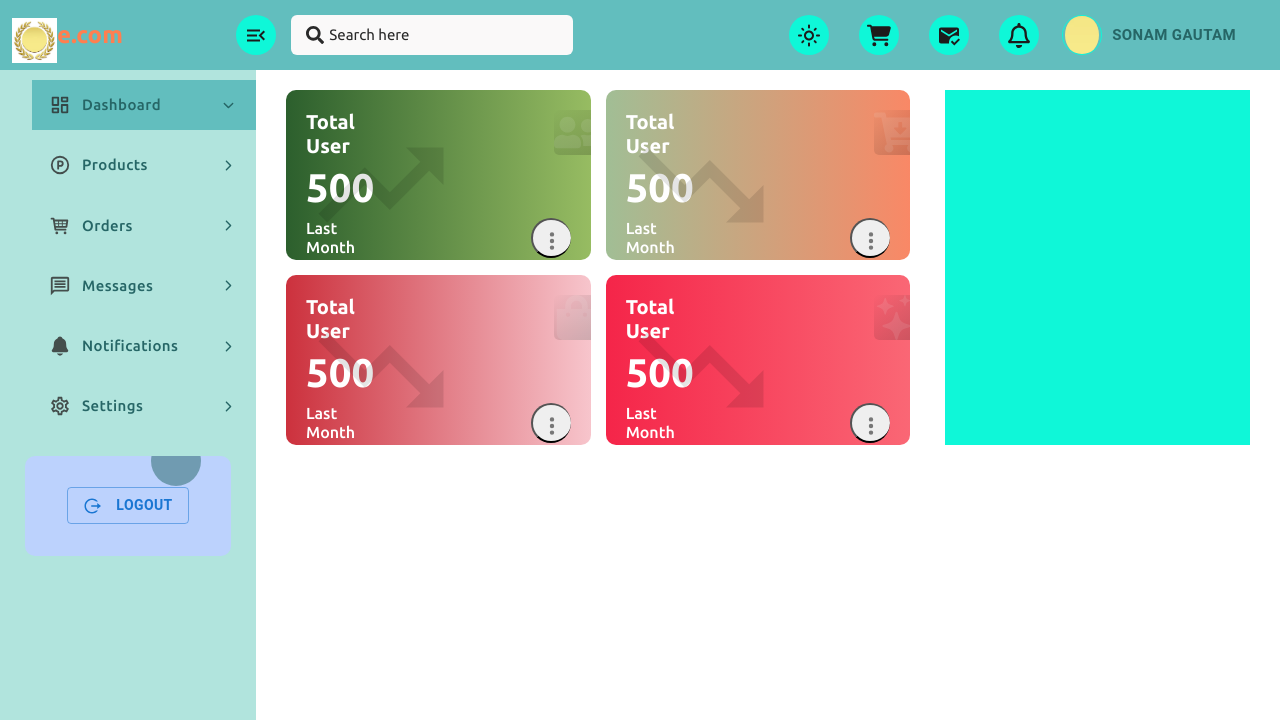
Repository: gautamsonam011/admin-react-dashboard
Page: /
These files come from the project's save history. The page is drawn as it stood at one moment and after the next save; the edit follows.
The browser window is 1280 px wide. The pictures show the whole page.
The project was rebuilt for these pictures with package versions that can differ from the ones it lists, and the page was loaded fresh each time.

Above is the page before, as saved 2025-04-17 12:31:01.

### src/App.css
@import url('https://fonts.googleapis.com/css2?family=Ubuntu:ital,wght@0,300;0,400;0,500;0,700;1,300;1,400;1,500;1,700&display=swap');

body{
  font-family: "Ubuntu", sans-serif !important;
  background-color: #f4f8f7;

}

header{
  width:100%;
  height: 70px;
  background-color:#62bebe;
  position: fixed;
  top:0px;
  left:0px;
  z-index: 1000;
}
header .logo{
  text-decoration: none;
}
header .logo img{
  margin-top: 10px;
  width:45px;

}

header .logo span{
color: coral;
font-weight: bolder;
font-size: 24px;
}
header button.rounded-circle{min-width:40px !important; width:40px !important; height: 40px !important; background-color:#0ff7d8 !important; margin: 15px;}
header button.rounded-circle svg{color:rgb(29, 27, 27); font-size: 25px !important; transition: all 0.2s ease-in-out;}
header button.rounded-circle:hover svg{color: #2585d4 !important;}
.searchBox{width:400px; height: 40px; background-color:#faf9f9; border-radius: 6px;padding: 3px 15px;}
.searchBox input{background: transparent;border:0px; outline:none; padding-left: 5px; font-size: 15px; color:#292929}
.searchBox input::-webkit-input-placeholder{color:#292929}
.searchBox svg{font-size: 18px; color:#292929 ;}

.userImg{display: flex; align-items:center; justify-content: center; overflow: hidden; width:40px; height: 40px; border:1px solid #0ff7d8; padding: 2px; border-radius: 100%;}
.userImg .rounded-circle{display: flex; align-items:center; justify-content: center; overflow: hidden; width: 40px; height: 40px; cursor: pointer; position: relative;}
.userImg .rounded-circle .img{object-fit: cover; width: 100%;}
.userInfo{padding-left: 10px;}
.userInfo h5{font-size: 15px; font-weight: 600; margin-bottom:0px; color: #266666;}

#account-menu li{font-size: 14px !important;}
#account-menu li svg{font-size: 20px !important}

.dropdown-info{padding-left: 6px;}
.dropdown-info h4{font-size: 15px; font-weight:600;margin-top: 2px; white-space: break-space; line-height: 21px;}
.dropdown-info p{font-size: 10px; color: #2585d4;}


/* Style for sidebar  */

.main .sidebarWrapper{width: 20%; flex: 0 0 20%; transition: all 0.3s ease-in-out;}
.main .sidebarWrapper .sidebar{width:20%; height: 100vh; position:fixed; top: 70px; left:0px; background:#b1e4dd; overflow-y: scroll; overflow-x: hidden;}
.main .sidebarWrapper .sidebar::-webkit-scrollbar-thumb{background: transparent !important; width:3px;}
.main .sidebarWrapper:hover .sidebar::-webkit-scrollbar{ background:#2585d4; width:3px;}
.main .sidebarWrapper .sidebar ul{margin-bottom:0px;}
.main .sidebarWrapper .sidebar ul li{list-style: none; margin-top:10px;}
.main .sidebarWrapper .sidebar ul li button{color:#266666; text-align: left; justify-content: left; border-radius:0px !important; padding: 12px 15px !important;
  align-items: center; text-transform: capitalize !important;font-family: "Ubuntu", sans-serif !important;
  margin-left: 0px; font-size: 15px !important;
}
.main .sidebarWrapper .sidebar ul li button .icon{display: flex; align-items:center; justify-content: center; width:25px; height:25px; margin-right: 10px;}
.main .sidebarWrapper .sidebar ul li button .icon svg{color:#292929; opacity: 0.8; font-size: 22px;}
.main .sidebarWrapper .sidebar ul li button .arrow{margin-left: auto; display: flex; align-items: center; justify-content: center; width: 25px; transition: all 0.3s ease-in-out}
.main .sidebarWrapper .sidebar ul li button:hover{background:#62bebe !important;}
.main .sidebarWrapper .sidebar ul li button.active{background: #62bebe !important;}
.main .sidebarWrapper .sidebar ul li button.active .arrow{transform: rotate(90deg);}

.main .sidebarWrapper .sidebar ul .submenu{padding: 0px 45px; position:relative; height:auto;}
.main .sidebarWrapper .sidebar ul .submenu::before{content:''; width:1px; height: 95%; position: absolute; top:0px; left:25px; background:rgba(0, 0, 0, 0.1);}
.main .sidebarWrapper .sidebar ul .submenu li{width:100%; list-style: none;}
.main .sidebarWrapper .sidebar ul .submenu li a{color:#266666 !important; text-decoration: none; font-family: "Ubuntu", sans-serif !important;
display: block; padding: 6px 0px; font-size: 14px !important; font-weight: 500; transition:all 0.3s}
.main .sidebarWrapper .sidebar ul .submenu li a:hover{color:#2585d4 !important;}

.main .sidebarWrapper .sidebar ul .submenuWrapper{transition:all 0.3s ease-in-out; height: 0px; overflow: hidden; }
.main .sidebarWrapper .sidebar ul .submenuWrapper.colapsed .submenu{opacity:0;}

.main .sidebarWrapper .sidebar ul .submenuWrapper.colapse{height:auto; overflow: inherit;}
.main .sidebarWrapper .sidebar ul .submenuWrapper.colapse .submenu{opacity:1; height:auto;}

.logoutWrapper{padding: 0px 25px;}
.logoutWrapper .logoutBox{width:100%; height:100px; padding: 25px; background:#bcd2fd; border-radius:10px; margin-bottom:20px; display:flex; align-items: center; justify-content: center;
position:relative; overflow:hidden;}
.logoutWrapper .logoutBox::before{content:''; width:50px; height:50px; background:#266666; border-radius: 100%; position:absolute; top: -20px; right: 30px; opacity:0.5}
.logoutWrapper .logoutBox::after{content:''; width:30px; height:30px; background:#266666; border-radius: 100%; position:absolute; top: -30px; left: 30px; opacity:0.5}
.logoutWrapper .logoutBox button{font-size:14px !important; font-weight: 600 !important; }
.logoutWrapper .logoutBox button svg{margin-right: 15px; font-size:18px;}

.main .content{width:80%; flex: 0 0 80%;}
.dashboardBoxWrapperRow{margin-left: 20%;}
.right-content{padding: 90px 30px;}
.dashboardBoxWrapper{gap: 15px; width:100%; flex-wrap: wrap;}
.dashboardBoxWrapper .dashboardBox{width:48%; height: 170px; border-radius:10px; overflow: hidden; padding:20px; display: flex; flex-direction: column; justify-content: space-around; text-align: left !important; justify-content: flex-start;}
.dashboardBoxWrapperRow .box{width:100%; height: 100%; background:#0ff7d8;}

.dashboardBoxWrapper .dashboardBox .col1 h4{font-size: 20px; font-weight: 600;}
.dashboardBoxWrapper .dashboardBox .col1 span{font-size: 40px; font-weight: bold;}
.dashboardBoxWrapper .dashboardBox .icon { margin-left: 180px; display: flex; align-items:center; justify-content: center; width:45px; height: 45px; border-radius:5px; background-image: linear-gradient(to bottom right, rgba(0, 0, 0, 0), rgba(0, 0, 0, 0.2));}
.dashboardBoxWrapper .dashboardBox .icon svg{font-size: 45px; opacity: 0.1; color:#f4f8f7}

.dashboardBoxWrapper .dashboardBox button.toggleIcon {font-size: 22px; color:rgba(0,0,0,0.5); cursor: pointer; min-width: 40px !important; width: 40px !important; height: 40px !important; border-radius: 50% !important; margin-left: 170px; border-right: none; opacity: 1;}

.dashboardBoxWrapperRow .dashboardBoxWrapper .dashboardBox .chart{position:absolute; opacity: 0.1;}
.dashboardBoxWrapperRow .dashboardBoxWrapper .dashboardBox .chart svg{font-size: 150px; color: #000;}

### src/pages/Dashboard/Dashboard.jsx
import DashboardBox from "../../components/DashboardBox";
import { FaUserFriends } from "react-icons/fa";
import { FaCartArrowDown } from "react-icons/fa";
import { FaShoppingBag } from "react-icons/fa";
import { BsStars } from "react-icons/bs";


const Dashboard = () => {
    return (
        <div className="right-content w-100">
            <div className="row dashboardBoxWrapperRow ">
                <div className="col-md-8">
                    <div className="dashboardBoxWrapper d-flex">
                        <DashboardBox color={["#2C5F2D", "#97BC62"]} icon={<FaUserFriends/>} grow={true} />
                        <DashboardBox color={["#A1BE95", "#F98866"]} icon={<FaCartArrowDown/>} />
                        <DashboardBox color={["#CC313D", "#F7C5CC"]} icon={<FaShoppingBag/>} />
                        <DashboardBox color={["#F52549", "#FA6775"]} icon={<BsStars/>} />

                    </div>
                </div>
                <div className="col-md-4 pl-0">
                    <div className="box"></div>
                </div>
            </div>
        </div>
    )
}

export default Dashboard;

### src/components/Sidebar/index.jsx
import Button from '@mui/material/Button';
import { RiDashboardLine } from "react-icons/ri";
import { IoIosArrowForward } from "react-icons/io";
import { TbBrandProducthunt } from "react-icons/tb";
import { TiShoppingCart } from "react-icons/ti";
import { MdOutlineMessage } from "react-icons/md";
import { IoNotifications } from "react-icons/io5";
import { MdOutlineSettings } from "react-icons/md";
import { Link } from 'react-router-dom';
import React, {useState} from "react";
import { RiLogoutCircleRLine } from "react-icons/ri";

const Sidebar = () =>{
    const [activeTab, setActiveTab] = useState(0);
    const [isToggleSubmenu, setIsToggleSubmenu] = useState(false);

    const isOpenSubmenu = (index) =>{
        setActiveTab(index);
        setIsToggleSubmenu(!isToggleSubmenu);


    }

    return(
        <div className="sidebar">
            <ul>
                <li>
                    <Link to="/">
                    <Button className={`w-100 ${activeTab === 0 ? 'active' : ''}`} onClick={()=>isOpenSubmenu(0)}>
                        <span className='icon'><RiDashboardLine/></span>
                        Dashboard
                        <span className="arrow"><IoIosArrowForward/></span>
                    </Button>
                    </Link>
                </li>
                <li>
                    <Button className={`w-100 ${activeTab === 1 && isToggleSubmenu===true ?  'active' : ''}`} onClick={()=>isOpenSubmenu(1)}>
                        <span className='icon'><TbBrandProducthunt/></span>
                        Products
                        <span className="arrow"><IoIosArrowForward/></span>
                    </Button>
                    <div className={`submenuWrapper ${activeTab===1 && isToggleSubmenu===true ? 'colapse':'colapsed'}`}>
                    <ul className='submenu'>
                        <li><Link to="#">Product Add</Link></li>
                        <li><Link to="#">Product List</Link></li>
                        <li><Link to="#">Product View</Link></li>
                    </ul>
                    </div>
                </li>
                <li>
                    <Link to="/">
                    <Button className={`w-100 ${activeTab === 2 ? 'active' : ''}`} onClick={()=>isOpenSubmenu(2)}>
                        <span className='icon'><TiShoppingCart/></span>
                        Orders
                        <span className="arrow"><IoIosArrowForward/></span>
                    </Button>
                    </Link>
                </li>
                <li>
                    <Link to="/">
                    <Button className={`w-100 ${activeTab === 3 ? 'active' : ''}`} onClick={()=>isOpenSubmenu(3)}>
                        <span className='icon'><MdOutlineMessage/></span>
                        Messages
                        <span className="arrow"><IoIosArrowForward/></span>
                    </Button>
                    </Link>
                </li>
                <li>
                    <Link to="/">
                    <Button className={`w-100 ${activeTab === 4 ? 'active' : ''}`} onClick={()=>isOpenSubmenu(4)}>
                        <span className='icon'><IoNotifications/></span>
                        Notifications
                        <span className="arrow"><IoIosArrowForward/></span>
                    </Button>
                    </Link>
                </li>
                <li>
                    <Link to="/">
                    <Button className={`w-100 ${activeTab === 5 ? 'active' : ''}`} onClick={()=>isOpenSubmenu(5)}>
                        <span className='icon'><MdOutlineSettings /></span>
                        Settings
                        <span className="arrow"><IoIosArrowForward/></span>
                    </Button>
                    </Link>
                </li>
            </ul>
            <br/>
            <div className="logoutWrapper">
                <div className="logoutBox">
            <Button variant="outlined"> <RiLogoutCircleRLine/>Logout</Button>
            </div>
            </div>
        </div>
    )
}

export default Sidebar

### src/components/DashboardBox.jsx

import { HiDotsVertical } from "react-icons/hi";
import TrendingUpIcon from '@mui/icons-material/TrendingUp';
import TrendingDownIcon from '@mui/icons-material/TrendingDown';

const DashboardBox = (props) => {

    return (
        <div className="dashboardBox" style={{
            backgroundImage: `linear-gradient(to right, ${props.color?.[0]}, ${props.color?.[1]})`
        }}
        >
            {
                props.grow === true ?
                <span className="chart"><TrendingUpIcon/></span>
                :
                <span className="chart"><TrendingDownIcon/></span>
            }
            <div className="d-flex w-100">
                <div className="col1">
                    <h4 className="text-white mb-0">Total User</h4>
                    <span className="text-white">500</span>
                </div>
                <div className="ml-auto">
                    {
                        props.icon ?
                        <span className="icon">
                            {props.icon ? props.icon : ''}
                            </span>
                            :
                            ''
                    }

                </div>

            </div>
            <div className="d-flex align-items-center">
                <h6 className="text-white mb-0 mt-0">Last Month</h6>
                <button className="ml-auto toggleIcon"><HiDotsVertical/></button>
            </div>
        </div>


    )

}

export default DashboardBox;

### src/components/SearchBox.jsx
import { FaSearch } from "react-icons/fa";

const SearchBox = () =>{
    return (
        <div className="searchBox position-relative d-flex align-items-center">
            <FaSearch className="mr-2" />
            <input type="text" placeholder="Search here"  />
        </div>
    )
}

export default SearchBox;

Loaded but not shown: public/index.html (common file); src/index.js (common file); src/reportWebVitals.js (common file); src/App.js (27 lines, source omitted); src/components/Header/index.jsx (226 lines, source omitted)

After the next save:
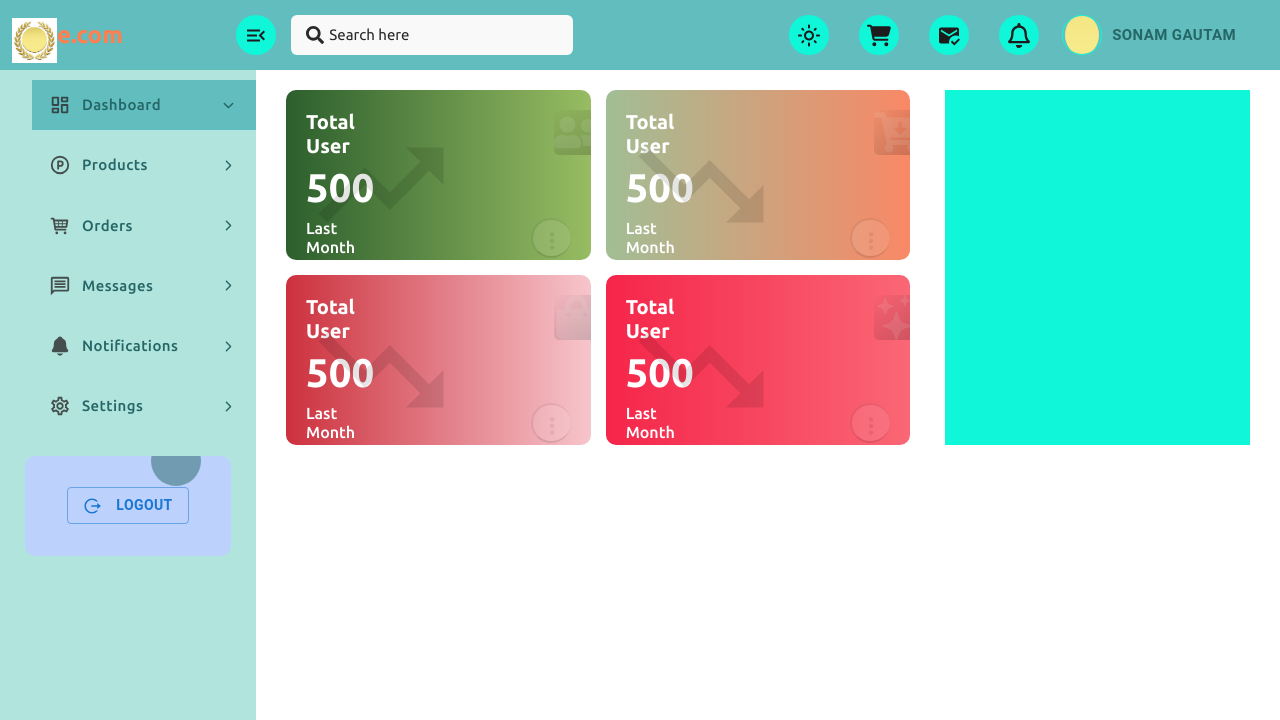
Saved 20 s later.
--- a/src/App.css
+++ b/src/App.css
@@ -103,7 +103,7 @@ position:relative; overflow:hidden;}
 .dashboardBoxWrapper .dashboardBox .icon { margin-left: 180px; display: flex; align-items:center; justify-content: center; width:45px; height: 45px; border-radius:5px; background-image: linear-gradient(to bottom right, rgba(0, 0, 0, 0), rgba(0, 0, 0, 0.2));}
 .dashboardBoxWrapper .dashboardBox .icon svg{font-size: 45px; opacity: 0.1; color:#f4f8f7}
 
-.dashboardBoxWrapper .dashboardBox button.toggleIcon {font-size: 22px; color:rgba(0,0,0,0.5); cursor: pointer; min-width: 40px !important; width: 40px !important; height: 40px !important; border-radius: 50% !important; margin-left: 170px; border-right: none; opacity: 1;}
+.dashboardBoxWrapper .dashboardBox button.toggleIcon {font-size: 22px; color:rgba(0,0,0,0.5); cursor: pointer; min-width: 40px !important; width: 40px !important; height: 40px !important; border-radius: 50% !important; margin-left: 170px; border-right: none; opacity: 0.1;}
 
 .dashboardBoxWrapperRow .dashboardBoxWrapper .dashboardBox .chart{position:absolute; opacity: 0.1;}
 .dashboardBoxWrapperRow .dashboardBoxWrapper .dashboardBox .chart svg{font-size: 150px; color: #000;}
